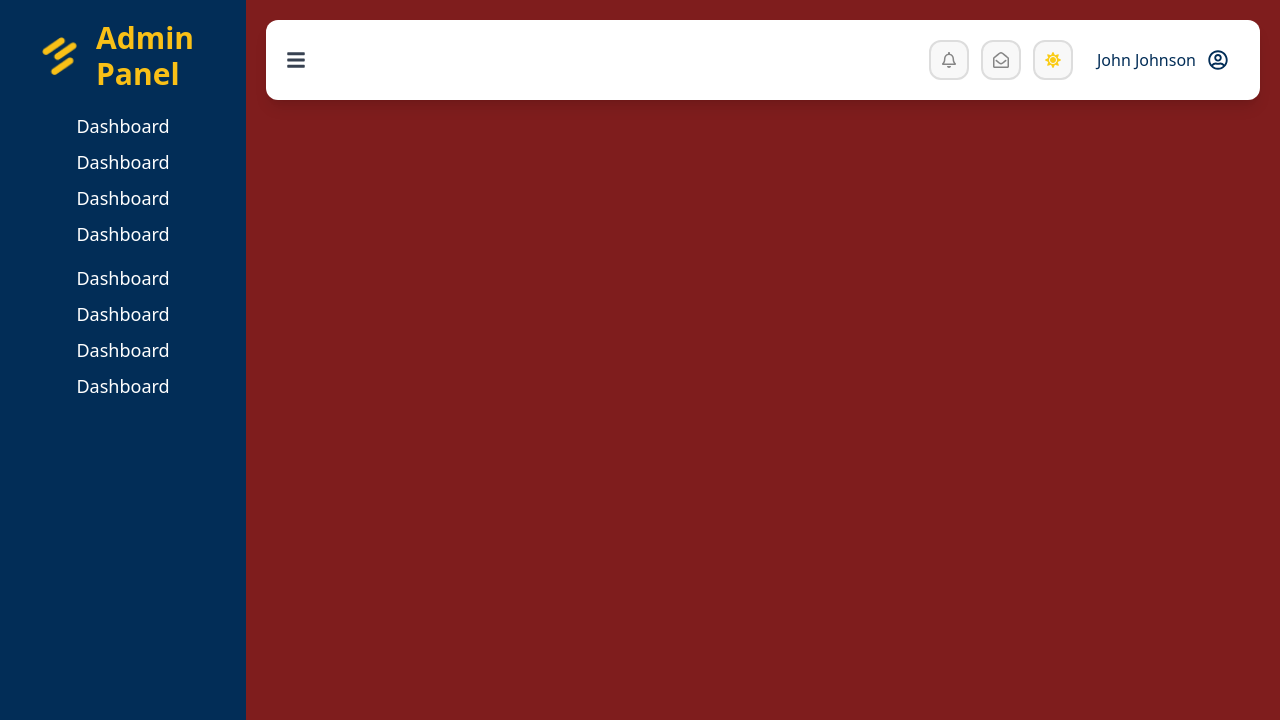
Repository: farrelmuhammad/redesign-bo
Page: /
An editor plug-in stored every save of this project. The page is shown before and after the next save, followed by the edit.
The browser window is 1280 px wide. The pictures show the whole page.
The project was rebuilt for these pictures with package versions that can differ from the ones it lists, and the page was loaded fresh each time. Also part of the build but not shown: src/App.css.

Above is the page before, as saved 2024-03-02 19:45:29.

### src/App.tsx
import React from 'react';
import logo from './logo.svg';
import './App.css';
import Navbar from './components/Navbar';
import Sidebar from './components/Sidebar';

function App() {
  return (
    <section className='bg-red-900 h-screen w-screen flex font-poppins text-white'>
      <Sidebar />
      <Navbar />
    </section>
  );
}

export default App;

### src/components/Navbar.tsx
import React from 'react'
import { FaBars, FaMoon, FaRegBell, FaRegEnvelopeOpen, FaRegUserCircle, FaSun } from "react-icons/fa";

const Navbar = () => {
    return (
        <nav className='bg-white h-20 w-full flex flex-row justify-between items-center px-5 m-5 rounded-xl shadow-lg'>
            <div className="flex flex-1 justify-start items-center">
                <button className='text-xl text-gray-700 hover:text-black'>
                    <FaBars />
                </button>
            </div>
            <div className="flex flex-1 flex-row gap-3 justify-end items-end">
                <button className='flex justify-center items-center h-10 w-10 text-[#868686] bg-[#F8F8F8] rounded-xl border-[2px] border-[#DDDDDD] hover:border-gray-500 hover:text-gray-500'>
                    <FaRegBell />
                </button>
                <button className='flex justify-center items-center h-10 w-10 text-[#868686] bg-[#F8F8F8] rounded-xl border-[2px] border-[#DDDDDD] hover:border-gray-500 hover:text-gray-500'>
                    <FaRegEnvelopeOpen />
                </button>
                <button className='flex justify-center items-center h-10 w-10 rounded-xl border-[2px] border-[#DDDDDD] bg-[#F8F8F8] text-yellow-400 hover:border-gray-500 hover:text-yellow-500'>
                    <FaSun />
                    {/* <FaMoon /> */}
                </button>
                <button className='flex flex-row justify-center items-center py-2 px-3 gap-3 text-[#022D57] hover:text-[#1e183a]'>
                    John Johnson <FaRegUserCircle className='text-xl' />
                </button>
            </div>
        </nav>
    )
}

export default Navbar

### src/components/Sidebar.tsx
import React from 'react'
import Logo from '../assets/images/Logo.png'

const Sidebar = () => {
    return (
        <aside className='flex flex-col h-full w-1/4 justify-start items-center bg-[#022D57] py-5'>
            <div className="flex flex-row h-20 w-full px-10 justify-start gap-4 items-center">
                <img className="h-10 w-10" src={Logo} alt="" />
                <h1 className='font-bold text-3xl text-[#F9C017]'>Admin Panel</h1>
            </div>
            <div className="flex flex-col h-full justify-start gap-4 items-start py-5">
                <ul className='flex flex-col gap-2 font-medium text-lg'>
                    <li>Dashboard</li>
                    <li>Dashboard</li>
                    <li>Dashboard</li>
                    <li>Dashboard</li>
                </ul>
                <ul className='flex flex-col gap-2 font-medium text-lg'>
                    <li>Dashboard</li>
                    <li>Dashboard</li>
                    <li>Dashboard</li>
                    <li>Dashboard</li>
                </ul>
            </div>
        </aside>
    )
}

export default Sidebar

Loaded but not shown: public/index.html (common file); src/index.tsx (common file); src/index.css (common file); src/reportWebVitals.ts (common file); tailwind.config.js (common file)

After the next save:
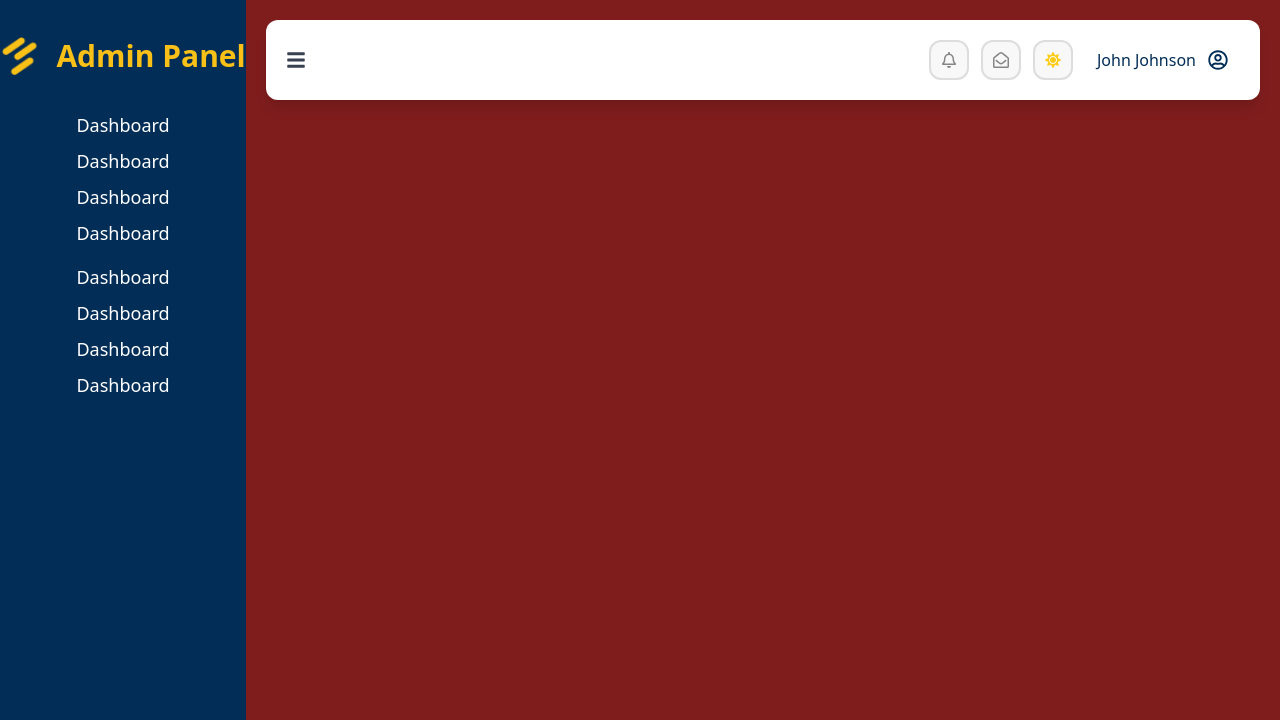
Saved 8 s later.
--- a/src/components/Sidebar.tsx
+++ b/src/components/Sidebar.tsx
@@ -4,7 +4,7 @@ import Logo from '../assets/images/Logo.png'
 const Sidebar = () => {
     return (
         <aside className='flex flex-col h-full w-1/4 justify-start items-center bg-[#022D57] py-5'>
-            <div className="flex flex-row h-20 w-full px-10 justify-start gap-4 items-center">
+            <div className="flex flex-row h-20 justify-start gap-4 items-center">
                 <img className="h-10 w-10" src={Logo} alt="" />
                 <h1 className='font-bold text-3xl text-[#F9C017]'>Admin Panel</h1>
             </div>
